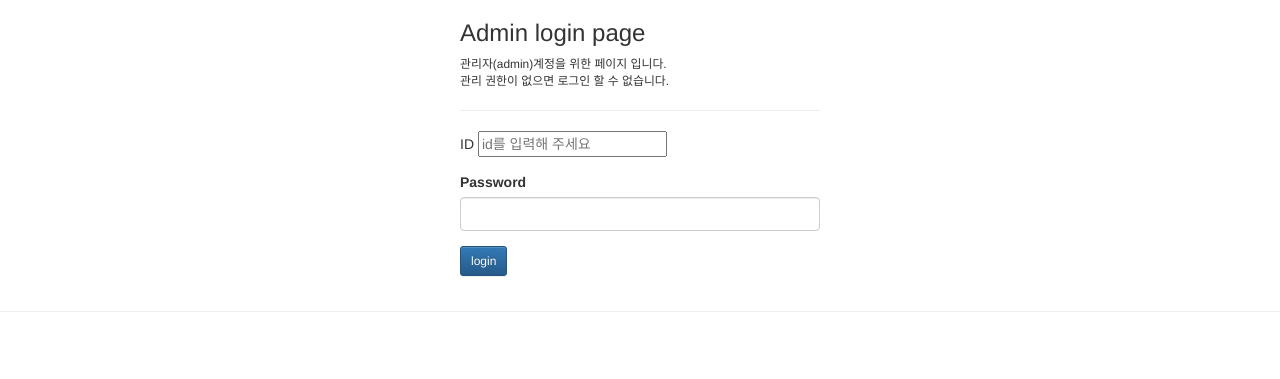
Repository: LouisKisaragi/BB-Bank
Page: http://localhost/adminpage/adminlogin.jsp
The author's editor kept a copy of each file at every save. The page is drawn from the files as they stood at one save, then again after the next save.
The browser window is 1280 px wide. The pictures show the whole page.
The page is served by Tomcat 9. Other server files are loaded and not shown.

Above is the page before, as saved 2017-11-16 05:47:42.
Console error (its wording comes from the project's code and is left out).

### adminpage/adminpage/WebContent/adminlogin.jsp
<%@ page language="java" contentType="text/html; charset=UTF-8"
    pageEncoding="UTF-8"%>
<%
	String message = null;
	if(request.getAttribute("message") != null) message = (String) request.getAttribute("message");
%>
<!DOCTYPE html PUBLIC "-//W3C//DTD HTML 4.01 Transitional//EN" "http://www.w3.org/TR/html4/loose.dtd">
	<html>
	<head>

	    <!-- 부트스트랩 적용-->
		<meta http-equiv="Content-Type" content="text/html; charset=UTF-8">
		<title>ADMIN Login</title>
		<!-- Latest compiled and minified CSS -->
		<link rel="stylesheet" href="https://maxcdn.bootstrapcdn.com/bootstrap/3.3.7/css/bootstrap.min.css" integrity="sha384-BVYiiSIFeK1dGmJRAkycuHAHRg32OmUcww7on3RYdg4Va+PmSTsz/K68vbdEjh4u" crossorigin="anonymous">

		<!-- Optional theme -->
		<link rel="stylesheet" href="https://maxcdn.bootstrapcdn.com/bootstrap/3.3.7/css/bootstrap-theme.min.css" integrity="sha384-rHyoN1iRsVXV4nD0JutlnGaslCJuC7uwjduW9SVrLvRYooPp2bWYgmgJQIXwl/Sp" crossorigin="anonymous">

		<!-- Latest compiled and minified JavaScript -->
		<script src="https://maxcdn.bootstrapcdn.com/bootstrap/3.3.7/js/bootstrap.min.js" integrity="sha384-Tc5IQib027qvyjSMfHjOMaLkfuWVxZxUPnCJA7l2mCWNIpG9mGCD8wGNIcPD7Txa" crossorigin="anonymous"></script>

	</head>
	<body>
		<div class="container">
			<div class="row">
				<div class="col-md-offset-4 col-sm-6 col-md-4 col-xs-12">
				<h3>Admin login page</h3>
				<p><small>관리자(admin)계정을 위한 페이지 입니다.<br/>관리 권한이 없으면 로그인 할 수 없습니다.
				</small></p><hr/>
				<font action="" method="post">
				<!-- 아이디 입력 -->
				<div class ="form-group">
					<lable class="control-label">ID</lable>
					<input clsdd="form-control" type="text" name="id" placeholder ="id를 입력해 주세요"/>
				</div>
				<div class="form-group">
					<label class="control-label">Password</label>
					<input class="form-control" type="password" name="pass" plasceholder="비밀번호를 입력해 주세요"/>
				</div>
				<div class="form-group">
					<input type="submit" value="login" class="btn btn-sm btn-primary" />
				</div>
				</font>

				</div>
			</div>
			</div>
			<hr />
			<%
			 if(message != null) out.print(message);
			%>

</body>
</html>

After the next save:
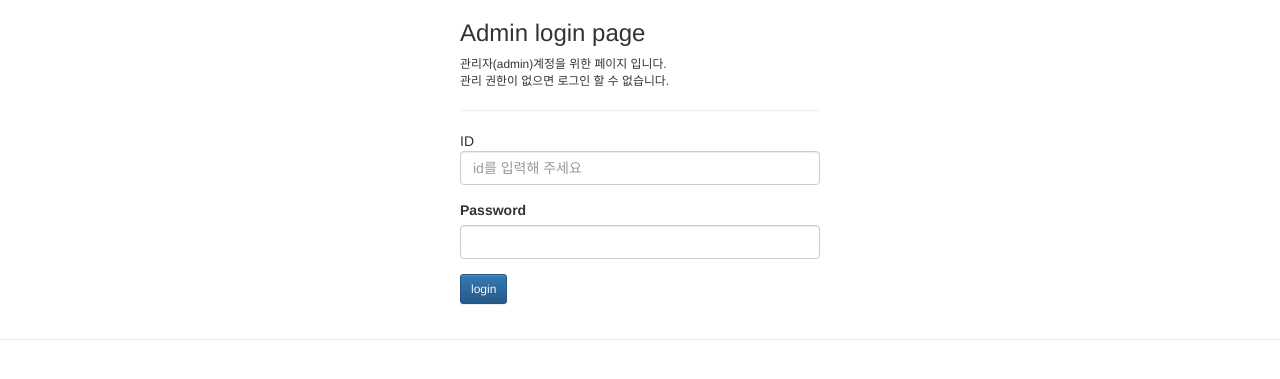
Saved 4 min 35 s later.
--- a/adminpage/adminpage/WebContent/adminlogin.jsp
+++ b/adminpage/adminpage/WebContent/adminlogin.jsp
@@ -32,7 +32,7 @@
 				<!-- 아이디 입력 -->
 				<div class ="form-group">
 					<lable class="control-label">ID</lable>
-					<input clsdd="form-control" type="text" name="id" placeholder ="id를 입력해 주세요"/>
+					<input class="form-control" type="text" name="id" placeholder ="id를 입력해 주세요"/>
 				</div>
 				<div class="form-group">
 					<label class="control-label">Password</label>
